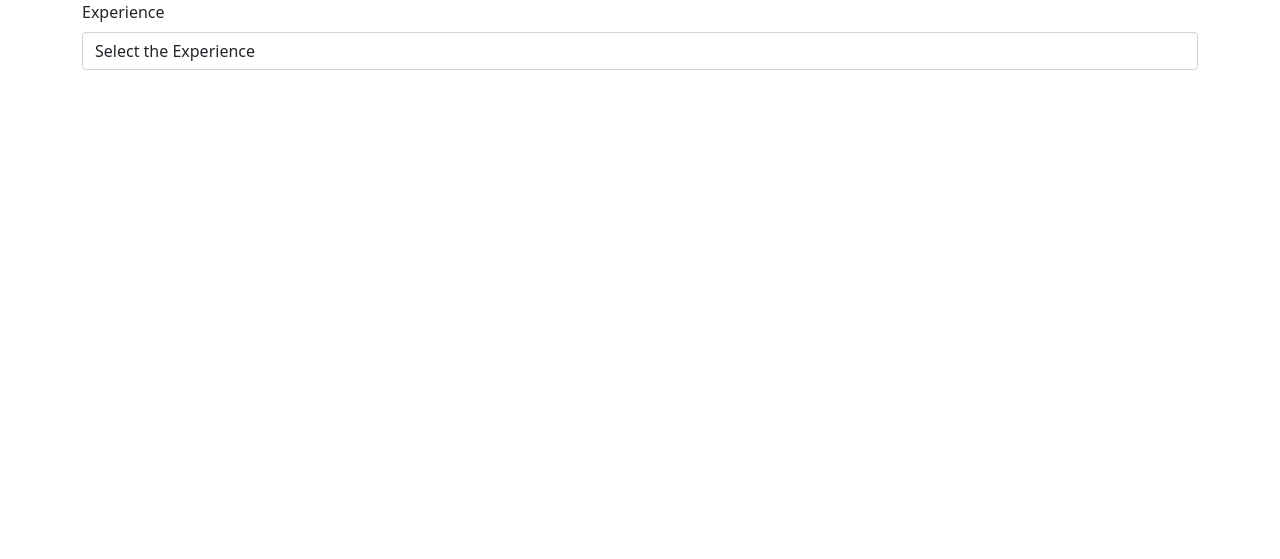
Repository: Sanjayjangra88/combo_app
Page: /
The author's editor kept a copy of each file at every save. The page is drawn from the files as they stood at one save, then again after the next save.
The browser window is 1280 px wide. The pictures show the whole page.
Some web libraries are served in a nearby version. The project was rebuilt for these pictures with package versions that can differ from the ones it lists, and the page was loaded fresh each time. Also part of the build but not shown: src/App.js.

Above is the page before, as saved 2022-06-03 13:37:02.

After the next save:
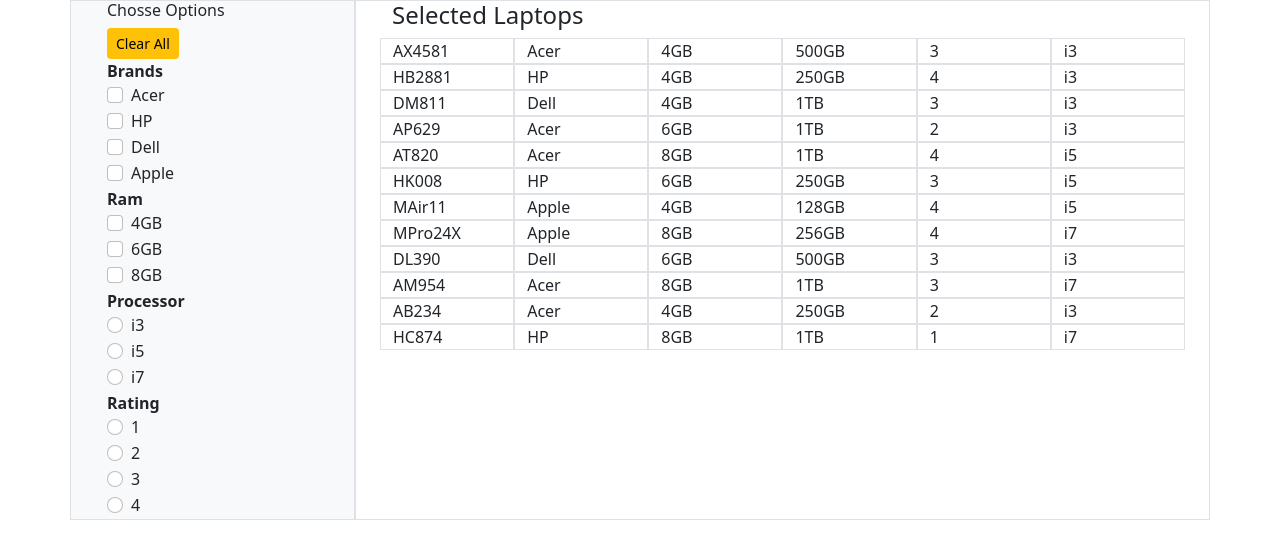
Saved 4 min 9 s later.
--- a/src/index.js
+++ b/src/index.js
@@ -5,11 +5,11 @@ import App from './App';
 import reportWebVitals from './reportWebVitals';
 import 'bootstrap/dist/css/bootstrap.min.css';
 
-import DropDown5 from './Components/dropDown5';
+import DropDown4 from './Components/dropDown4';
 
 ReactDOM.render(
   <React.StrictMode>
-    <DropDown5/>
+    <DropDown4/>
   </React.StrictMode>,
   document.getElementById('root')
 );
